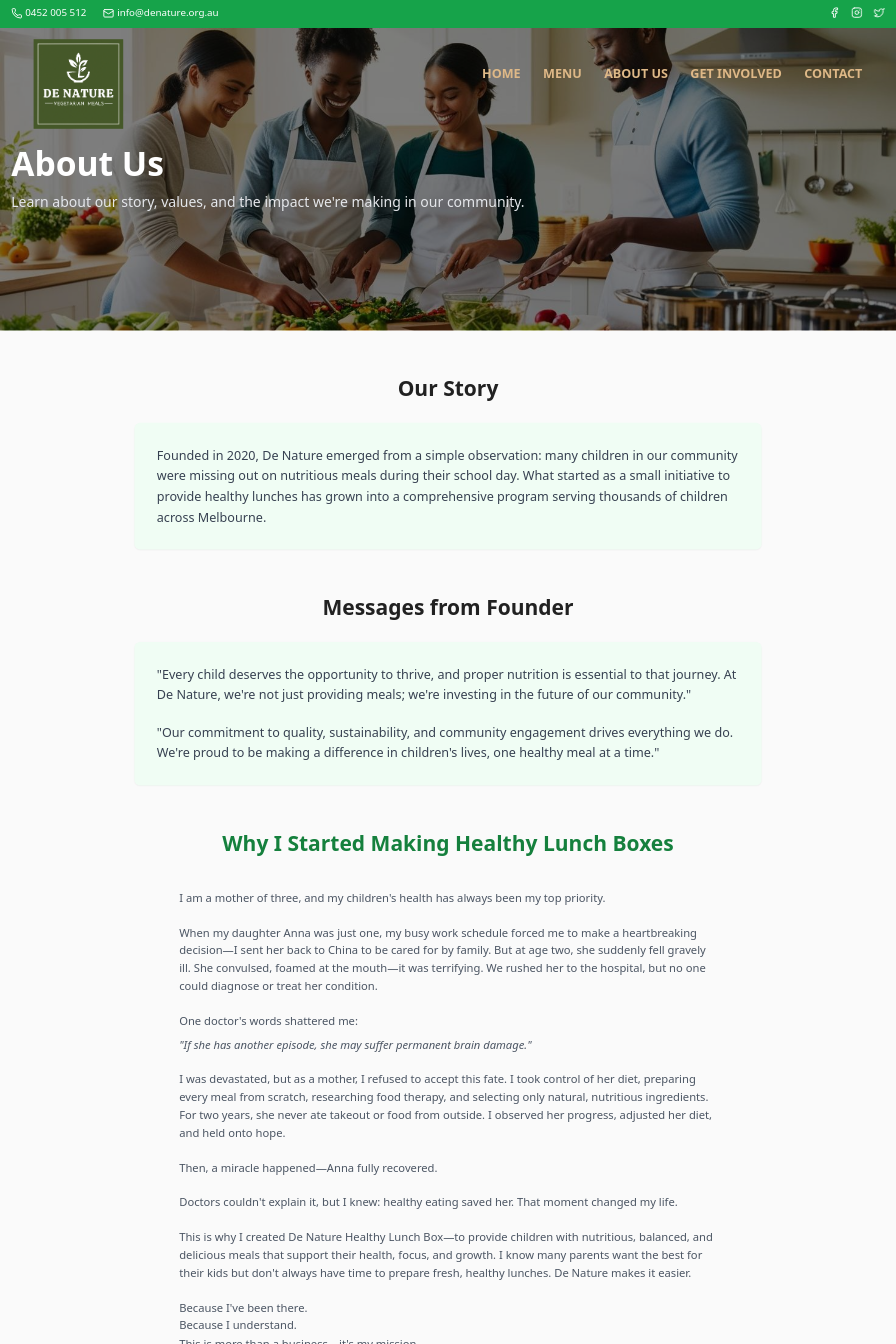
Repository: sunnyyan01/denature-website
Page: /about
An editor plug-in stored every save of this project. The page is shown before and after the next save, followed by the edit.
The browser window is 1280 px wide. The pictures show the part of the page from y = 0 to 1920 px (the page is 3120 px tall before and 3072 px after), at 70% of full size.
The project was rebuilt for these pictures with package versions that can differ from the ones it lists, and the page was loaded fresh each time. The framework's server and built-in components were replaced by stand-ins that run in the browser. Also part of the build but not shown: next.config.js.

Above is the page before, as saved 2025-05-11 20:14:11.

### src/app/layout.tsx
import type { Metadata } from "next";
import { Inter, Poppins } from "next/font/google";
import "./globals.css";
import Navbar from "@/components/Navbar";
import Footer from "@/components/Footer";
import { Phone, Mail, Facebook, Instagram, Twitter } from "lucide-react";

const inter = Inter({
  subsets: ["latin"],
  variable: '--font-inter',
});

const poppins = Poppins({
  weight: ['400', '500', '600', '700'],
  subsets: ['latin'],
  variable: '--font-poppins',
});

export const metadata: Metadata = {
  title: "DE NATURE - Sydney Lunch Program",
  description: "Providing nutritious meals to children in need across Sydney",
  verification: {
    google: "OqLlSQNFE1spUS93SXK13pK8N_CO4S7m2l7H1rPvJmY",
  },
  icons: {
    icon: '/favicon.ico',
    shortcut: '/favicon.ico',
  },
};

export default function RootLayout({
  children,
}: {
  children: React.ReactNode;
}) {
  return (
    <html lang="en">
      <body className={`${inter.variable} ${poppins.variable} font-sans bg-background text-text`}>
        {/* Social Info Bar - Fixed at top */}
        <div className="fixed top-0 left-0 right-0 z-50 bg-green-600">
          <div className="container mx-auto px-4 py-2">
            <div className="flex items-center justify-between text-sm">
              <div className="flex items-center space-x-6">
                <a href="tel:0452005512" className="text-white hover:text-primaryLight transition-colors group relative">
                  <Phone className="w-4 h-4 inline-block mr-1" />
                  0452 005 512
                  <span className="absolute -bottom-6 left-0 bg-black/80 text-white text-xs px-2 py-1 rounded opacity-0 group-hover:opacity-100 transition-opacity whitespace-nowrap">
                    Call Us
                  </span>
                </a>
                <a href="mailto:info@denature.org.au?v=2" className="text-white hover:text-primaryLight transition-colors group relative">
                  <Mail className="w-4 h-4 inline-block mr-1" />
                  info@denature.org.au
                  <span className="absolute -bottom-6 left-0 bg-black/80 text-white text-xs px-2 py-1 rounded opacity-0 group-hover:opacity-100 transition-opacity whitespace-nowrap">
                    Email Us
                  </span>
                </a>
              </div>
              <div className="flex items-center space-x-4">
                <a href="#" className="text-white hover:text-primaryLight transition-colors group relative">
                  <Facebook className="w-4 h-4" />
                  <span className="absolute -bottom-6 left-0 bg-black/80 text-white text-xs px-2 py-1 rounded opacity-0 group-hover:opacity-100 transition-opacity whitespace-nowrap">
                    Facebook
                  </span>
                </a>
                <a href="#" className="text-white hover:text-primaryLight transition-colors group relative">
                  <Instagram className="w-4 h-4" />
                  <span className="absolute -bottom-6 left-0 bg-black/80 text-white text-xs px-2 py-1 rounded opacity-0 group-hover:opacity-100 transition-opacity whitespace-nowrap">
                    Instagram
                  </span>
                </a>
                <a href="#" className="text-white hover:text-primaryLight transition-colors group relative">
                  <Twitter className="w-4 h-4" />
                  <span className="absolute -bottom-6 left-0 bg-black/80 text-white text-xs px-2 py-1 rounded opacity-0 group-hover:opacity-100 transition-opacity whitespace-nowrap">
                    Twitter
                  </span>
                </a>
              </div>
            </div>
          </div>
        </div>

        {/* Navigation and Content */}
        <div className="relative">
          <Navbar />
          <main>
            {children}
          </main>
        </div>

        <Footer />
      </body>
    </html>
  );
}

### src/app/about/page.tsx
import Image from 'next/image';

export default function AboutPage() {
  return (
    <main className="min-h-screen">
      {/* Hero Section */}
      <section className="relative h-[60vh]">
        <div className="absolute inset-0">
          <Image
            src="/about-hero.jpg"
            alt="About Us Hero"
            fill
            className="object-cover"
            priority
          />
          <div className="absolute inset-0 bg-black/50"></div>
        </div>
        <div className="relative container mx-auto px-4 h-full flex items-center">
          <div className="max-w-3xl text-white space-y-4">
            <h1 className="text-5xl font-bold font-heading">About Us</h1>
            <p className="text-xl text-gray-200">
              Learn about our story, values, and the impact we're making in our community.
            </p>
          </div>
        </div>
      </section>

      {/* Main Content */}
      <div className="container mx-auto px-4 py-16">
        <div className="max-w-4xl mx-auto">
          {/* Our Story Section */}
          <section className="mb-16">
            <h2 className="text-3xl font-bold mb-8 text-center">Our Story</h2>
            <div className="bg-[#F0FDF4] p-8 rounded-lg shadow-sm">
              <p className="text-lg text-gray-700 leading-relaxed">
                Founded in 2020, De Nature emerged from a simple observation: many children in our community were missing out on nutritious meals during their school day. What started as a small initiative to provide healthy lunches has grown into a comprehensive program serving thousands of children across Melbourne.
              </p>
            </div>
          </section>

          {/* Messages from Founder Section */}
          <section className="mb-16">
            <h2 className="text-3xl font-bold mb-8 text-center">Messages from Founder</h2>
            <div className="bg-[#F0FDF4] p-8 rounded-lg shadow-sm">
              <p className="text-lg text-gray-700 leading-relaxed mb-6">
                "Every child deserves the opportunity to thrive, and proper nutrition is essential to that journey. At De Nature, we're not just providing meals; we're investing in the future of our community."
              </p>
              <p className="text-lg text-gray-700 leading-relaxed">
                "Our commitment to quality, sustainability, and community engagement drives everything we do. We're proud to be making a difference in children's lives, one healthy meal at a time."
              </p>
            </div>
          </section>

          {/* Why I Started Section */}
          <section className="mb-16">
            <div className="container mx-auto px-4">
              <h2 className="text-3xl font-bold text-center mb-12 text-green-700">
                Why I Started Making Healthy Lunch Boxes
              </h2>
              <div className="max-w-3xl mx-auto text-gray-600 space-y-6">
                <p>
                  I am a mother of three, and my children's health has always been my top priority.
                </p>
                <p>
                  When my daughter Anna was just one, my busy work schedule forced me to make a heartbreaking decision—I sent her back to China to be cared for by family. But at age two, she suddenly fell gravely ill. She convulsed, foamed at the mouth—it was terrifying. We rushed her to the hospital, but no one could diagnose or treat her condition.
                </p>
                <p>
                  One doctor's words shattered me:
                  <span className="block italic mt-2">"If she has another episode, she may suffer permanent brain damage."</span>
                </p>
                <p>
                  I was devastated, but as a mother, I refused to accept this fate. I took control of her diet, preparing every meal from scratch, researching food therapy, and selecting only natural, nutritious ingredients. For two years, she never ate takeout or food from outside. I observed her progress, adjusted her diet, and held onto hope.
                </p>
                <p>
                  Then, a miracle happened—Anna fully recovered.
                </p>
                <p>
                  Doctors couldn't explain it, but I knew: healthy eating saved her. That moment changed my life.
                </p>
                <p>
                  This is why I created De Nature Healthy Lunch Box—to provide children with nutritious, balanced, and delicious meals that support their health, focus, and growth. I know many parents want the best for their kids but don't always have time to prepare fresh, healthy lunches. De Nature makes it easier.
                </p>
                <p>
                  Because I've been there.
                  <br />
                  Because I understand.
                  <br />
                  This is more than a business—it's my mission.
                </p>
              </div>
            </div>
          </section>

          {/* Sydney Lunch Program Section */}
          <section className="py-16 bg-white">
            <div className="container mx-auto px-4">
              <h2 className="text-3xl font-bold text-center mb-12 text-green-700">
                Sydney Lunch Program – Providing Nutritional and Delicious Meals for Children
              </h2>
              <div className="max-w-3xl mx-auto space-y-8">
                <div>
                  <h3 className="text-xl font-semibold mb-4 text-green-700">Project Overview:</h3>
                  <p>
                    In Sydney, many children from low-income and refugee families struggle to access balanced and diverse meals due to the high cost of living. We aim to provide these children with healthy, delicious lunches, helping them stay focused on learning and activities.
                  </p>
                </div>

                <div>
                  <h3 className="text-xl font-semibold mb-4 text-green-700">Our Goal:</h3>
                  <ul className="list-disc pl-6 space-y-2">
                    <li>To provide low-income, refugee, and special education school children with nutritious, varied, and delicious meals.</li>
                    <li>By offering diverse meals, we aim to improve children's physical health and academic performance.</li>
                  </ul>
                </div>

                <div>
                  <h3 className="text-xl font-semibold mb-4 text-green-700">Target Groups:</h3>
                  <ul className="list-disc pl-6 space-y-2">
                    <li>Children from low-income families</li>
                    <li>Children from refugee families</li>
                    <li>Special education students</li>
                  </ul>
                </div>

                <div>
                  <h3 className="text-xl font-semibold mb-4 text-green-700">How You Can Help:</h3>
                  <ul className="list-disc pl-6 space-y-2">
                    <li><span className="font-semibold">Donate Vegetables and Ingredients:</span> We invite organizations to donate fresh vegetables and food supplies to help us provide nutritious meals for children.</li>
                    <li><span className="font-semibold">Volunteer:</span> Join our team of volunteers and contribute your time and effort to support the program.</li>
                    <li><span className="font-semibold">Spread the Word:</span> Share the project to help us reach more supporters and participants.</li>
                  </ul>
                </div>

                <p className="text-center font-semibold mt-8">
                  Your support can make a lasting impact on these children's future!
                </p>
              </div>
            </div>
          </section>
        </div>
      </div>
    </main>
  );
}

### src/app/globals.css
@import url('https://fonts.googleapis.com/css2?family=Nunito:wght@300;400;500;600;700&display=swap');

@tailwind base;
@tailwind components;
@tailwind utilities;

:root {
  /* 主色调 */
  --color-primary: #4A7C59;      /* 深绿色 */
  --color-primary-light: #6B9B7D; /* 浅绿色 */
  --color-primary-lighter: #E8F3ED; /* 最浅绿色 */

  /* 中性色 */
  --color-neutral-50: #FAFAFA;
  --color-neutral-100: #F5F5F5;
  --color-neutral-200: #EEEEEE;
  --color-neutral-300: #E0E0E0;
  --color-neutral-400: #BDBDBD;
  --color-neutral-500: #9E9E9E;
  --color-neutral-600: #757575;
  --color-neutral-700: #616161;
  --color-neutral-800: #424242;
  --color-neutral-900: #212121;

  /* 强调色 */
  --color-accent: #F5B971;       /* 温暖的米色 */
  --color-accent-light: #F9D5A7; /* 浅米色 */

  /* 功能色 */
  --color-success: #4CAF50;
  --color-warning: #FFC107;
  --color-error: #F44336;

  /* 字体 */
  --font-primary: 'Nunito', sans-serif;

  /* 间距 */
  --spacing-xs: 0.25rem;   /* 4px */
  --spacing-sm: 0.5rem;    /* 8px */
  --spacing-md: 1rem;      /* 16px */
  --spacing-lg: 1.5rem;    /* 24px */
  --spacing-xl: 2rem;      /* 32px */
  --spacing-2xl: 3rem;     /* 48px */
  --spacing-3xl: 4rem;     /* 64px */

  /* 圆角 */
  --radius-sm: 0.25rem;    /* 4px */
  --radius-md: 0.5rem;     /* 8px */
  --radius-lg: 1rem;       /* 16px */
  --radius-full: 9999px;

  /* 阴影 */
  --shadow-sm: 0 1px 2px 0 rgb(0 0 0 / 0.05);
  --shadow-md: 0 4px 6px -1px rgb(0 0 0 / 0.1);
  --shadow-lg: 0 10px 15px -3px rgb(0 0 0 / 0.1);
}

@layer base {
  html {
    font-family: var(--font-primary);
    color: var(--color-neutral-900);
    background-color: var(--color-neutral-50);
  }

  h1, h2, h3, h4, h5, h6 {
    font-weight: 700;
    line-height: 1.2;
  }

  h1 {
    font-size: 2.5rem; /* 40px */
    @screen md {
      font-size: 3.5rem; /* 56px */
    }
  }

  h2 {
    font-size: 2rem; /* 32px */
    @screen md {
      font-size: 2.5rem; /* 40px */
    }
  }

  h3 {
    font-size: 1.5rem; /* 24px */
    @screen md {
      font-size: 2rem; /* 32px */
    }
  }

  p {
    line-height: 1.6;
  }
}

@layer components {
  .container {
    @apply max-w-7xl mx-auto px-4 sm:px-6 lg:px-8;
  }

  .btn {
    @apply inline-flex items-center justify-center px-6 py-3 rounded-lg font-semibold transition-colors duration-200;
  }

  .btn-primary {
    @apply bg-[var(--color-primary)] text-white hover:bg-[var(--color-primary-light)];
  }

  .btn-secondary {
    @apply bg-[var(--color-accent)] text-[var(--color-neutral-900)] hover:bg-[var(--color-accent-light)];
  }

  .btn-outline {
    @apply border-2 border-[var(--color-primary)] text-[var(--color-primary)] hover:bg-[var(--color-primary-lighter)];
  }

  .card {
    @apply bg-white rounded-lg shadow-md overflow-hidden;
  }

  .section {
    @apply py-16 md:py-24;
  }

  .section-title {
    @apply text-3xl md:text-4xl font-bold text-center mb-12;
  }

  .hero {
    @apply relative h-[80vh] md:h-screen flex items-center;
  }

  .hero-content {
    @apply relative z-10 text-center max-w-4xl mx-auto px-4;
  }

  .hero-image {
    @apply absolute inset-0 w-full h-full object-cover;
  }

  .hero-overlay {
    @apply absolute inset-0 bg-black/30;
  }
}

/* 自定义动画 */
@keyframes fadeIn {
  from {
    opacity: 0;
    transform: translateY(10px);
  }
  to {
    opacity: 1;
    transform: translateY(0);
  }
}

.animate-fade-in {
  animation: fadeIn 0.6s ease-out forwards;
}

/* 响应式图片容器 */
.image-container {
  @apply relative aspect-[4/3] md:aspect-[16/9] overflow-hidden rounded-lg;
}

.image-container img {
  @apply absolute inset-0 w-full h-full object-cover transition-transform duration-500;
}

.image-container:hover img {
  @apply scale-105;
}

/* 网格布局 */
.grid-auto-fit {
  @apply grid grid-cols-1 md:grid-cols-2 lg:grid-cols-3 gap-6 md:gap-8;
}

/* 文本样式 */
.text-gradient {
  @apply bg-clip-text text-transparent bg-gradient-to-r from-[var(--color-primary)] to-[var(--color-primary-light)];
}

.text-balance {
  text-wrap: balance;
}

/* 导航样式 */
.nav-link {
  @apply text-[var(--color-neutral-700)] hover:text-[var(--color-primary)] transition-colors duration-200;
}

.nav-link-active {
  @apply text-[var(--color-primary)] font-semibold;
}

/* 页脚样式 */
.footer {
  @apply bg-[var(--color-neutral-900)] text-white py-16;
}

.footer-title {
  @apply text-xl font-semibold mb-4;
}

.footer-link {
  @apply text-[var(--color-neutral-400)] hover:text-white transition-colors duration-200;
}

/* 表单样式 */
.form-input {
  @apply w-full px-4 py-2 rounded-lg border border-[var(--color-neutral-300)] focus:border-[var(--color-primary)] focus:ring-2 focus:ring-[var(--color-primary-lighter)] outline-none transition-colors duration-200;
}

.form-label {
  @apply block text-sm font-medium text-[var(--color-neutral-700)] mb-1;
}

/* 菜单卡片样式 */
.menu-card {
  @apply bg-white rounded-lg shadow-md overflow-hidden transition-transform duration-300 hover:shadow-lg hover:-translate-y-1;
}

.menu-card-image {
  @apply relative aspect-[4/3] w-full;
}

.menu-card-content {
  @apply p-6;
}

.menu-card-title {
  @apply text-xl font-semibold text-[var(--color-neutral-900)] mb-2;
}

.menu-card-description {
  @apply text-[var(--color-neutral-600)] text-sm;
}

/* 特色部分样式 */
.feature-grid {
  @apply grid grid-cols-1 md:grid-cols-2 lg:grid-cols-4 gap-8;
}

.feature-item {
  @apply text-center p-6;
}

.feature-icon {
  @apply w-16 h-16 mx-auto mb-4 text-[var(--color-primary)];
}

.feature-title {
  @apply text-lg font-semibold mb-2;
}

.feature-description {
  @apply text-[var(--color-neutral-600)];
}

### src/components/Footer.tsx
'use client';

export default function Footer() {
  const currentYear = new Date().getFullYear();

  return (
    <footer className="bg-green-600 text-white">
      <div className="border-t border-[#FFD700]/30 py-4">
        <div className="container mx-auto px-4">
          <div className="text-center text-sm text-white">
            <p>© 2025 DENATURE HEALTH LIMITED | ALL RIGHTS RESERVED</p>
            <p>ABN: 95685633694</p>
          </div>
        </div>
      </div>
    </footer>
  );
}

### tailwind.config.js
/** @type {import('tailwindcss').Config} */
module.exports = {
  content: [
    './src/pages/**/*.{js,ts,jsx,tsx,mdx}',
    './src/components/**/*.{js,ts,jsx,tsx,mdx}',
    './src/app/**/*.{js,ts,jsx,tsx,mdx}',
  ],
  theme: {
    extend: {
      colors: {
        primary: {
          50: '#f0fdf4',
          100: '#dcfce7',
          200: '#bbf7d0',
          300: '#86efac',
          400: '#4ade80',
          500: '#22c55e',
          600: '#16a34a',
          700: '#15803d',
          800: '#166534',
          900: '#14532d',
        },
      },
    },
  },
  plugins: [
    require('@tailwindcss/forms'),
    require('@tailwindcss/typography'),
  ],
}

Loaded but not shown: src/components/Navbar.tsx (232 lines, source omitted)

After the next save:
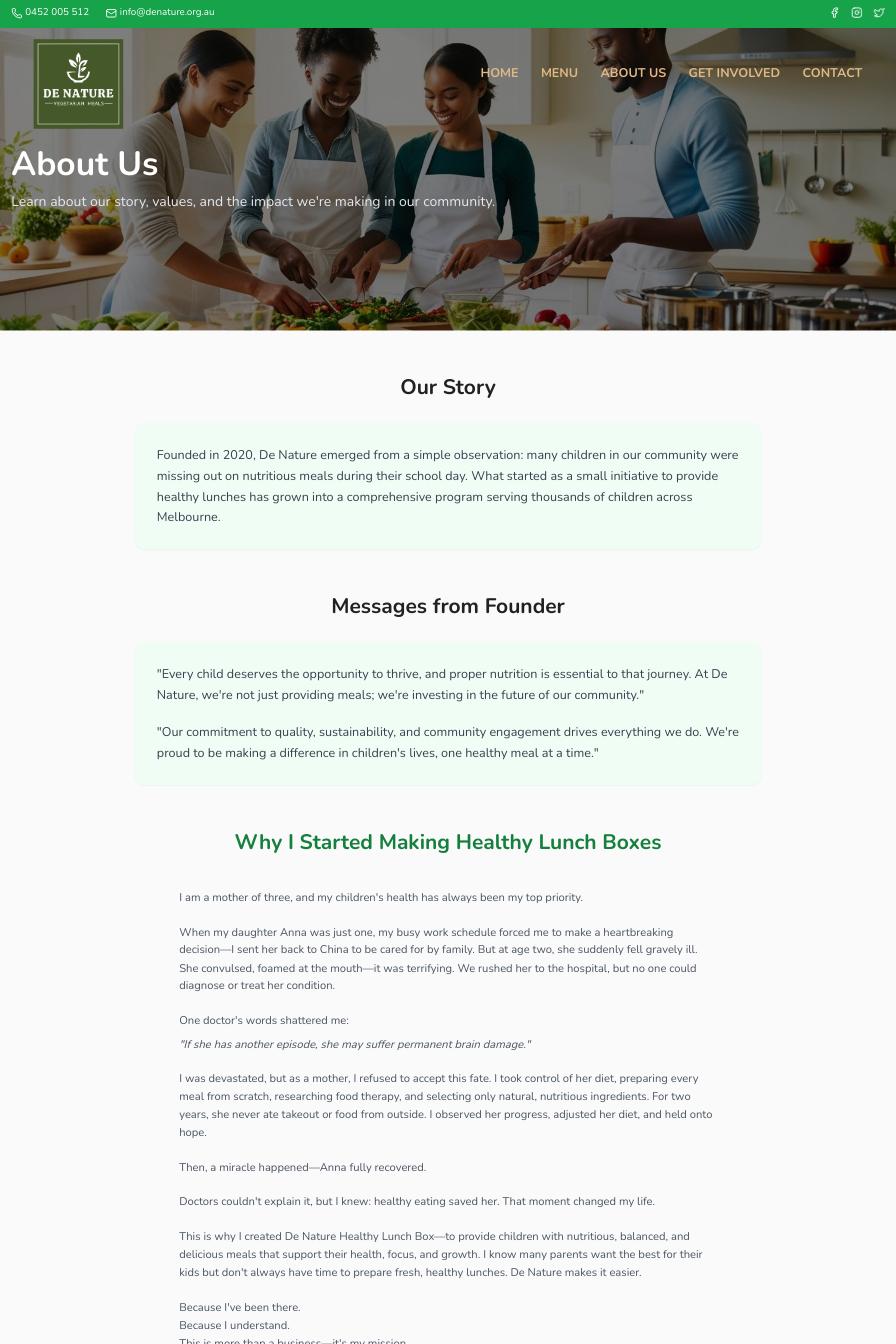
Saved 39 s later.
--- a/tailwind.config.js
+++ b/tailwind.config.js
@@ -9,22 +9,96 @@
     extend: {
       colors: {
         primary: {
-          50: '#f0fdf4',
-          100: '#dcfce7',
-          200: '#bbf7d0',
-          300: '#86efac',
-          400: '#4ade80',
-          500: '#22c55e',
-          600: '#16a34a',
-          700: '#15803d',
-          800: '#166534',
-          900: '#14532d',
+          DEFAULT: 'var(--color-primary)',
+          light: 'var(--color-primary-light)',
+          lighter: 'var(--color-primary-lighter)',
+        },
+        neutral: {
+          50: 'var(--color-neutral-50)',
+          100: 'var(--color-neutral-100)',
+          200: 'var(--color-neutral-200)',
+          300: 'var(--color-neutral-300)',
+          400: 'var(--color-neutral-400)',
+          500: 'var(--color-neutral-500)',
+          600: 'var(--color-neutral-600)',
+          700: 'var(--color-neutral-700)',
+          800: 'var(--color-neutral-800)',
+          900: 'var(--color-neutral-900)',
+        },
+        accent: {
+          DEFAULT: 'var(--color-accent)',
+          light: 'var(--color-accent-light)',
+        },
+        success: 'var(--color-success)',
+        warning: 'var(--color-warning)',
+        error: 'var(--color-error)',
+      },
+      fontFamily: {
+        sans: ['var(--font-primary)'],
+      },
+      spacing: {
+        xs: 'var(--spacing-xs)',
+        sm: 'var(--spacing-sm)',
+        md: 'var(--spacing-md)',
+        lg: 'var(--spacing-lg)',
+        xl: 'var(--spacing-xl)',
+        '2xl': 'var(--spacing-2xl)',
+        '3xl': 'var(--spacing-3xl)',
+      },
+      borderRadius: {
+        sm: 'var(--radius-sm)',
+        md: 'var(--radius-md)',
+        lg: 'var(--radius-lg)',
+        full: 'var(--radius-full)',
+      },
+      boxShadow: {
+        sm: 'var(--shadow-sm)',
+        md: 'var(--shadow-md)',
+        lg: 'var(--shadow-lg)',
+      },
+      animation: {
+        'fade-in': 'fadeIn 0.6s ease-out forwards',
+      },
+      typography: {
+        DEFAULT: {
+          css: {
+            color: 'var(--color-neutral-900)',
+            a: {
+              color: 'var(--color-primary)',
+              '&:hover': {
+                color: 'var(--color-primary-light)',
+              },
+            },
+            h1: {
+              color: 'var(--color-neutral-900)',
+            },
+            h2: {
+              color: 'var(--color-neutral-900)',
+            },
+            h3: {
+              color: 'var(--color-neutral-900)',
+            },
+            h4: {
+              color: 'var(--color-neutral-900)',
+            },
+            strong: {
+              color: 'var(--color-neutral-900)',
+            },
+            code: {
+              color: 'var(--color-primary)',
+            },
+            blockquote: {
+              color: 'var(--color-neutral-700)',
+              borderLeftColor: 'var(--color-primary)',
+            },
+          },
         },
       },
     },
   },
   plugins: [
+    require('@tailwindcss/typography'),
     require('@tailwindcss/forms'),
-    require('@tailwindcss/typography'),
+    require('@tailwindcss/aspect-ratio'),
   ],
 }
